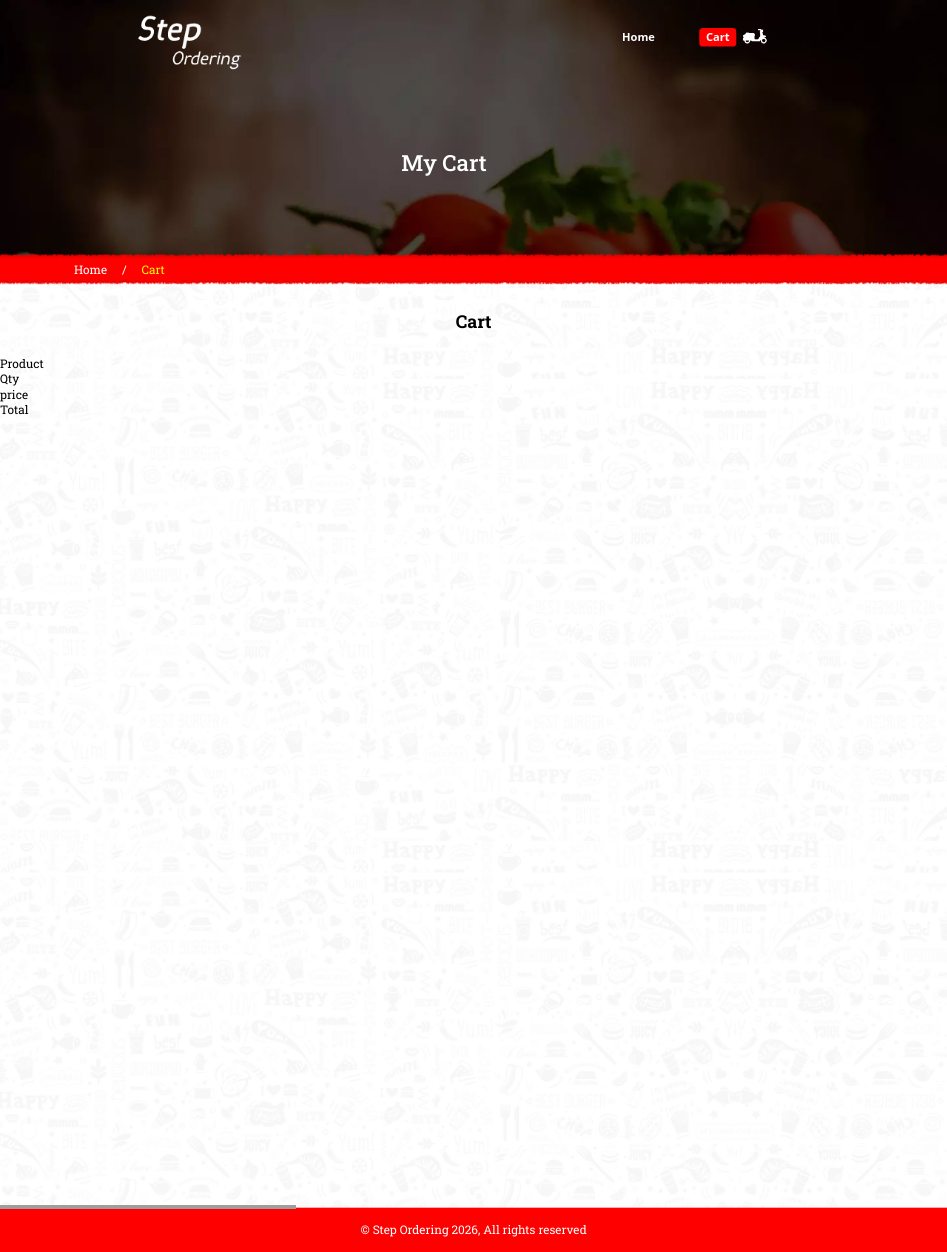
Repository: anastasia29-step/OnlineRestaurant
Page: cart/cart.html
The author's editor kept a copy of each file at every save. The page is drawn from the files as they stood at one save, then again after the next save.
The browser window is 1280 px wide. The pictures show the whole page, at 74% of full size.
Pictures or frames that could not be fetched are drawn as grey boxes. The page's requests for data from a server got no answer. Some web libraries are served in a nearby version.

Above is the page before, as saved 2026-03-12 18:18:14.

After the next save:
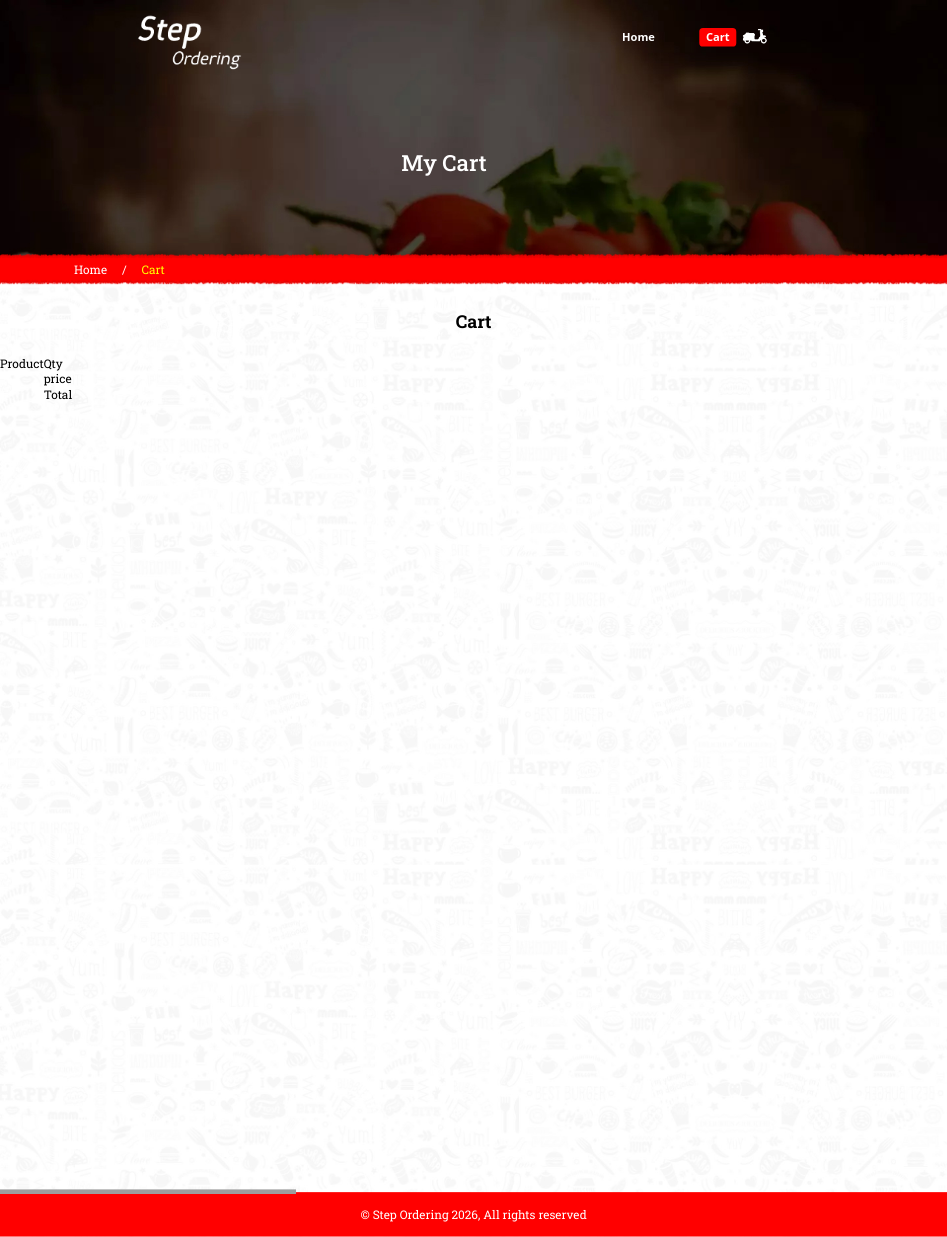
Saved 20 s later.
--- a/cart/cart.css
+++ b/cart/cart.css
@@ -58,6 +58,10 @@
     margin: 30px;
 }
 
+.fourthsection {
+    display: flex;
+}
+
 .kalataList {
     display: flex;
     flex-direction: column;
